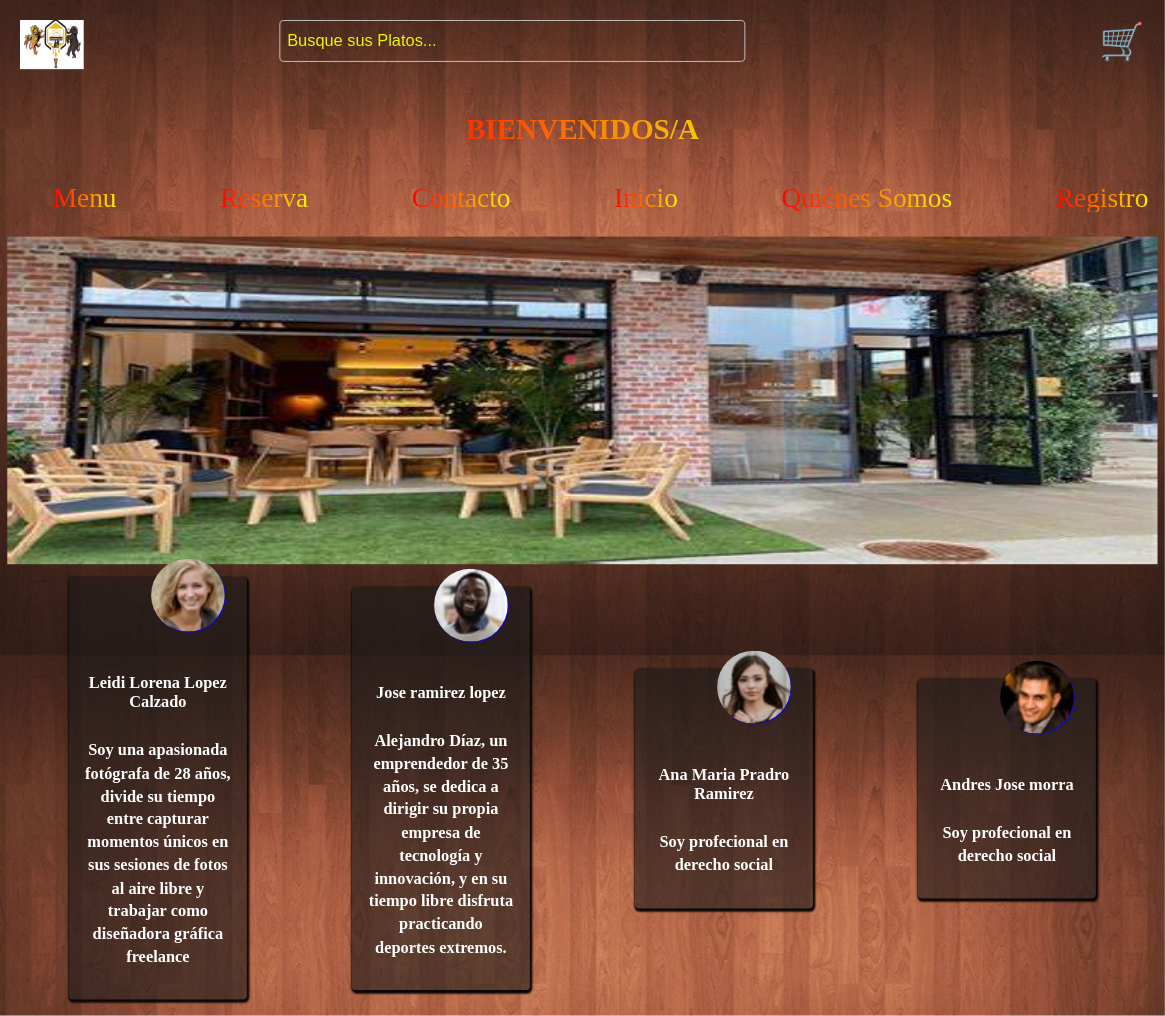
Repository: ye909/app_restaurante
Page: index.html
The author's editor kept a copy of each file at every save. The page is drawn from the files as they stood at one save, then again after the next save.
The browser window is 1280 px wide. The pictures show the whole page, at 91% of full size.
Backgrounds fixed to the window are drawn as part of the page.

Above is the page before, as saved 2025-01-12 07:28:49.
Console error: ReferenceError: menuItems is not defined

### index.html
<!DOCTYPE html>
<html lang="en">

<head>
  <meta charset="UTF-8">
  <meta name="viewport" content="width=device-width, initial-scale=1.0">
  <title>Document</title>
  <link rel="Icon" href="./public/imagen/letra.ico">
  <link rel="stylesheet" href="/css/menu_principal.css">
  <link rel="stylesheet" href="/css/footer.css">
  <link rel="stylesheet" href="/css/heder.css">
  <link rel="stylesheet" href="/css/modal_card.css">
  <link rel="stylesheet" href="/css/stilo.css">
  <link rel="stylesheet" href="/css/menu_navegacion.css">
  <link rel="stylesheet" href="/css/reservar.css">

</head>

<body>
  <header>
    <div class="container_header_card">
      <div class="imagen"><img src="/public/imagen/login.gif" alt=""></div>

      <input type="text" id="buscar" class="buscar" placeholder="Busque sus Platos...">
      <ul id="productList" class="productList"></ul>

      <div id="cart-btn" class="shopping">🛒</div>

  </header>



  <h1 class="bienvenida" id="bienvenida">BIENVENIDOS/A</h1>
  <nav>
    <ul>
      <li id="menu-btn"><a href="#">Menu</a></li>

      <li><a href="./maquetacion/templei/reserva.html" target="_self">Reserva</a></li>
      <li><a href="#contacto">Contacto</a></li>
      <li><a href="./public/templeis/login.html" target="_self">Inicio</a></li>
      <li><a href="#somos">Quiénes Somos</a></li>
      <li><a href="./public/templeis/registro.html" target="_self">Registro</a> </li>
    </ul>
  </nav>
 <img src="./public/imagen/rrstaurante1.jpg" alt="" class="imgRestaurante">

  <main id="menu-view" class="menu-view">
    <div class="filter-buttons">
      <button class="filter" data-region="Todos">Todos</button>
      <button class="filter" data-region="Latinoamérica">Latinoamérica</button>
      <button class="filter" data-region="Centroamérica">Centroamérica</button>
      <button class="filter" data-region="Suramérica">Suramérica</button>
    </div>
    <div id="menu-items" class="menu-items"></div>
    <div>
      <h1>aaas</h1>
    </div>
    <audio id="clickSound" src="./public/audio/mouse_btn3.mp3"></audio>
  </main>


  <main id="cart-view" class="cart-view">
    <h2 class="carro">Carrito de Compras</h2>
    <div id="cart-items" class="cart-items"></div>
    <div class="cart-total">
      <p>Total: <span id="cart-total">$0.00</span></p>
      <button id="back-to-menu">Volver al Menú</button>
      <button id="Domicilio"> <a href="./maquetacion/templei/domicilio.html"  target="_self">Domicilio</a></button>

    </div>
  </main>

  <div class="container_card_persona">

    <article class="container_persona">
      <img src="./public/imagen/mona.jpg" alt=""><br><br>
      <h3>Leidi Lorena Lopez Calzado</h3>
      <p>Soy una apasionada fotógrafa de 28 años,
         divide su tiempo entre capturar momentos
         únicos en sus sesiones de fotos al aire libre
         y trabajar como diseñadora gráfica freelance </p>
    </article>

    <article class="container_persona">
      <img src="./public/imagen/afro.jpg" alt=""><br><br>
      <h3>Jose ramirez lopez</h3>
      <p>Alejandro Díaz, un emprendedor de 35 años,
         se dedica a dirigir su propia empresa de
         tecnología y innovación, y en su tiempo libre
          disfruta practicando deportes extremos.
        </p>
    </article>


    <article class="container_persona">
      <img src="./public/imagen/indigena.jpg" alt=""><br><br>
      <h3>Ana Maria Pradro Ramirez</h3>
      <p>Soy profecional en derecho social</p>
    </article>

    <article class="container_persona">
      <img src="./public/imagen/mestizo.jpg" alt=""><br><br>
      <h3>Andres Jose morra</h3>
      <p>Soy profecional en derecho social</p>
    </article>


  </div>
  <!--
  <p class="text_invitacion"> Los envitamos a que descubra una explosión de sabores en cada bocado. <br>
    Tu próxima experiencia gastronómica inolvidable te espera.
  </p>
  <br> <br>

  <div class="quienes_somos" id="somos">
    <h1>Quiénes Somos</h1>
    <p>En <strong>Gostriafromix</strong>, somos un restaurante apasionado por la buena comida y el servicio de calidad.
      <br>
      Fundado con el propósito de ofrecer una experiencia gastronómica única, combinamos ingredientes frescos con
      recetas innovadoras para crear platos que deleitan el paladar. <br>
      Nuestro equipo está compuesto por chefs experimentados y personal dedicado que trabaja día a día para hacer que
      cada visita sea inolvidable.
    </p>
    <p>Nuestro objetivo es brindarte un ambiente acogedor donde puedas disfrutar de momentos especiales, ya sea con
      amigos, familiares o en una ocasión especial. Te invitamos a
      visitarnos y descubrir por qué somos el lugar preferido por los amantes de la buena comida.</p>
  </div>

  <footer>
    <div class="conataine_footer">
      <div>
        <h4>Servicio al ciudadano</h4>
        <p><span>L</span>ínea directa <br> <br> (601) 2773555</p>
        <p id="domicilio"><span>S</span>ervicios ha domicilio<br> <br>328866178 <br><br>Dirreccion calle 12# 43-23 sur
        </p>

      </div>

      <div>
        <h4>Lineas de atencion</h4>
        <p><span>E</span>n Bogotá, <br> desde fijo o celular, al <br><br>
          (601) 307 70 51 <br><br>
          01 8000 930100 <br><br>
          <span>D</span>esde celular marca <br><br>
          #961
        </p>
      </div>
      <div>
        <h4>Redes</h4>
        <div><a href=""><i class="fa-brands fa-facebook"> </i></a> Facebook</div>
        <div><a href=""><i class="fa-brands fa-twitter"></i></a>Twitter</div>
        <div><a href=""><i class="fa-brands fa-linkedin"></i> </a>Linkedin</div>
        <div><a href=""><i class="fa-brands fa-instagram"></i></a> Instagram</div>
      </div>
      <div>
        <h4 id="contacto">Contacto</h4>
        <p><span>D</span>irección Nacional<br><br>
          <span>C</span>arrera 85K No. 46A-66<br><br>
          <span>b</span>ogotá D.C., Colombia<br><br>
          <span>T</span>eléfono administrativo<br><br>
          (60)1 419 3000
        </p>
      </div>

      <div>
        <h4> Canales de atención</h4>
        <p><a href="#">Preguntas frecuentes</p></a><br>
        <p><a href="#">Escríbe tu PQRS</p></a><br>
        <p><a href="#">Nuestras sedes</p></a>
      </div>
    </div>
  </footer>
  <div class="container_final">2024 Bogota Colombia D.C</div> -->


  <script src="./js/script.js"></script>
  <script src="./js/productos.js"></script>
  <script src="./js/dinamico.js"></script>
</body>

</html>

### css/menu_principal.css
:scope{
    padding: 0%;
    margin: 0%;
    overflow: scroll;
}

html {
    scroll-behavior: smooth;
    background-image: url(../public/imagen/janos.jpg);
    background-repeat: no-repeat;
    background-size: cover;
    background-attachment: fixed;
    background-size: 100% 100%;
    height: auto;
  }
  .container_card_persona {
    display: flex;
    justify-content: space-around;
    align-items: center;
    flex-direction: row;
    flex-wrap: wrap;
    padding: 10px;
  }
  .container_persona {
    width: 14%;
    background: rgba(26, 25, 25, 0.6);
    border-radius: 4px;
    color: white;
    padding: 10px;
    height: auto;
    box-shadow: rgb(8, 8, 8) 1px 2px 2px 2px;
  }
  .container_persona img {
    object-fit: cover;
    width: 46%;
    margin-left: 80px;
    margin-top: -30px;
    border-radius: 80px;
    box-shadow: rgb(8, 4, 247) 1px 1px 1px;
  }
  .container_persona p,h3 {
    padding: 6px;
    font-size: 18px;
    text-align: center;
  }
/*






  h3 {
    text-align: center;
    color: yellow;
  }


  .quienes-somos {
    width: 100%;
    text-align: center;
    background: rgba(232, 232, 157, 0.4);
  }
  .quienes-somos p {
    font-size: 30px;
    line-height: 1.4;
  }

  .text_invitacion {
    font-size: 25px;
    line-height: 1.4;
    width: 99%;
    text-align: center;
    background: rgba(232, 232, 157, 0.2);
  }
   */

### css/footer.css
.conataine_footer {
  display: flex;
  justify-content: space-between;
  flex-direction: row;
  flex-wrap: wrap;
  margin: 10px;
}

p {

  padding: 5px;
  font-size: 20px;
  font-weight: bold;
}
span {
  font-size: 25px;
}
.quienes_somos {
  background:rgba(161, 161, 59, 0.5);
}
.quienes_somos p{
  text-align: center;
font-size: 25px;
}
:is(.container_final) {
  display: flex;
  justify-content: center;
  align-items: center;
}

h4 {
  color: blue;
  font-size: 30px;
}
:is(.container_final, h4, i) {
  padding: 10px;
}
.container_final {
  background: rgba(12, 12, 12, 0.2);
  color: white;
}
.fa-facebook {
  color: rgb(5, 5, 253);
}
.fa-twitter {
  color: rgb(8, 123, 245);
}
.fa-linkedin {
  color: rgb(71, 71, 155);
}
.fa-instagram {
  color: rgb(243, 17, 17);
}
a {
  cursor: pointer;

}
footer a {
  font-size: 20px;
  color: white;
}
footer {
  background: rgba(10, 10, 10, 0.6);
  color: white;
}

### css/heder.css
.container_header_card{
    display: flex;
    justify-content: space-between;
    justify-items: center;
    flex-direction: row;
    flex-wrap: wrap;
    padding: 14px;
    }

 .productList {
     list-style-type: none;
     padding: 0;
 }

 .productList li {
     padding: 10px;
     border-bottom: 1px solid #ccc;
 }

 .productList li:last-child {
     border-bottom: none;
 }

  .container_header_card img{
    width: 70px;
}
  .shopping{
    font-size: 40px;
cursor: pointer;
}
.buscar::placeholder{
    color:rgb(232, 248, 3);
    font-size: 18px;
}

.buscar {
    width: 40%;
    height: 3.9vh;
    background:transparent;
    color:white;
    font-size: 18px;
    border-radius: 5px;
    margin-left: 20px;
}
:is(.bienvenida,
 .buscar){
     padding: 8px;
 }
 .bienvenida{
    background-image:linear-gradient(to left, rgb(4, 151, 4), rgb(248, 244, 7),  red,rgb(14, 14, 240));
    -webkit-text-fill-color:transparent;
    -webkit-background-clip: text;
    background-clip: text;
    text-align: center;


}

### css/modal_card.css
t-items{
     display: none;
}
.card {
  width: 15%;
  height: 20vh;
  padding: 10px;
  background: rgba(0, 0, 0, 0.4);
  border-radius: 10px;
}
h1{
  text-align: center;
  padding: 10px;

}
.carro{
  color:yellow;
}
.card img {
  width: 100%;
  height: 150px;
  object-fit: cover;
  border-radius: 5px;
}
.cart-view,.menu-view{
  display: none;
}
.card button {
  margin-top: 10px;
  background-color: #007bff;
  color: white;
  border: none;
  padding: 10px;
  border-radius: 5px;
  cursor: pointer;
}

.card button:hover {
  background-color: #0056b3;
}

.cart-total {
  text-align: right;
  margin: 20px;
}


.cart-total{
  font-size: 20px;
  color:blue;
}
button {
  width: 270px;
  padding: 10px;

  margin: 10px;
  transition: background-color 0.3s ease, transform 0.2s ease;
  border-radius: 20px ;
  background: rgba(247, 247, 248, 0.568) ;
  color: blue;
  font-size: 20px;
}
button:hover {
  border: none;
  background: #0606f8fd;
  color: black;
  box-shadow: rgb(7, 71, 236) 2px 2px 2px, rgb(7, 71, 236) 2px 2px 2px,
    rgb(7, 71, 236) 2px 2px 2px, rgb(7, 71, 236) 2px 2px 2px;
}

### css/stilo.css


/*

    .filter-buttons {
      margin: 20px;
      text-align: center;
    }

    .filter {
      margin: 5px;
      padding: 10px 15px;
      background-color: #007bff;
      color: white;
      border: none;
      cursor: pointer;
      border-radius: 5px;
    }

    .filter:hover {
      background-color: #0056b3;
    }
    .menu-items,.cart-view{
      display: flex;
      justify-content: space-between;
      justify-content: center;
      flex-direction: row;
      flex-wrap: wrap;
      gap: 20px;
    }
     */

### css/menu_navegacion.css


ul{
display: flex;
justify-content: space-between;
text-align: center;
flex-direction: row;
flex-wrap: wrap;
}
li{
    font-size: 30px;
    list-style: none;
margin: 10px;

}
.imgRestaurante {
    width: 100%;
    height: 50vh;

  }
a{

    list-style: none;
    text-decoration: none;
    color: blue;
}
li:hover{
    transition: 1s ease , transform 1s ease;
    border-bottom: 2px solid yellow;


}
nav a{
    background-image:linear-gradient(to left, rgb(248, 244, 7),  red);
    -webkit-text-fill-color:transparent;
    -webkit-background-clip: text;
    background-clip: text;
    text-align: center;
}

### css/reservar.css

html {
    scroll-behavior: smooth;
    background-image: url(../public/imagen/fondo_card.jpg);
    background-repeat: no-repeat;
    background-size: cover;
    background-attachment: fixed;
    background-size: 100% 100%;
    height: auto;
  }
.container {
    max-width: 450px;
    margin: 100px 700px;
    background:rgba(14, 13, 13,0.3);
    box-shadow: rgb(7, 71, 236)  1px 1px 1px 2px,rgb(7, 71, 236) 1px  1px 1px 2px;
    padding: 20px;
    border-radius: 8px;

}
.form{
  padding: 10px;
  margin-left: 30px;
}
.title {
    text-align: center;
    font-size: 30px;
    margin-bottom: 20px;
  }

  .form-group {
    margin-bottom: 15px;
  }


  label {
    display: block;
    margin-bottom: 5px;
    font-weight: bold;
    font-size: 25px;
  }
  ::placeholder{
    font-size: 20px;
  }
  input:focus{

  outline: 1px solid #007BFF;
  background:transparent;
  color:white;
  }
  input, textarea {
    width: 80%;
    padding: 10px;
    border: 1px solid #ccc;
    border-radius: 4px;
  }
  #hora{
    width: 60%;
  }

  .inline-group {
    display: flex;
    gap: 15px;
  }

  .inline-group > div {
    flex: 1;
  }

  textarea {
    resize: vertical;
  }

.submit-button {
  width: 86%;
  padding: 10px;
  background-color: #007BFF;
  color: white;
  border: none;
  border-radius: 4px;
  font-size: 16px;
  cursor: pointer;
}

.submit-button:hover {
  background-color: #0056b3;
}

/*crear la animacion donde el mensaje salga de ariba asta el centro de la panta */

.container_modal_reserva{
  transition: 2s;
  max-width: 450px;
  margin: 100px 700px;
  background:rgba(14, 13, 13,0.3);
  box-shadow: rgb(7, 71, 236)  1px 1px 1px 2px,rgb(7, 71, 236) 1px  1px 1px 2px;
  padding: 20px;
  border-radius: 8px;
 opacity: 0;

}
h1 {
  color: #007bff;
  text-align: center;
}
p {
  line-height: 1.4;
  font-size: 24px;
}
.mensaje{
  text-align: center;
  font-weight: bolder;
}
.validar_nombre{
    font-size: 30px;
    color: white;
}

### js/script.js

  let cart = [];
  let selectedRegion = "Todos";

  const menuView = document.getElementById("menu-view");
  const cartView = document.getElementById("cart-view");
  const menuItemsContainer = document.getElementById("menu-items");
  const cartItemsContainer = document.getElementById("cart-items");
  const cartTotal = document.getElementById("cart-total");

  document.querySelectorAll(".filter").forEach(button => {
    button.addEventListener("click", () => {
      selectedRegion = button.getAttribute("data-region");
      renderMenu();
    });
  });

  document.getElementById("menu-btn").addEventListener("click", () => {
    menuView.style.display = "block";
    cartView.style.display = "none";
  });

  document.getElementById("cart-btn").addEventListener("click", () => {
    menuView.style.display = "none";
    cartView.style.display = "block";
    renderCart();
  });

  document.getElementById("back-to-menu").addEventListener("click", () => {
    menuView.style.display = "block";
    cartView.style.display = "none";
  });

  function renderMenu() {
    menuItemsContainer.innerHTML = "";
    const filteredItems = selectedRegion === "Todos" ? menuItems : menuItems.filter(item => item.region === selectedRegion);
    filteredItems.forEach(item => {
      const card = document.createElement("div");
      card.className = "card";
      card.innerHTML = `
        <img src="${item.image}" alt="${item.name}">
        <h3>${item.name}</h3>
        <p>${item.description}</p>
        <p><strong>$${item.price.toFixed(2)}</strong></p>
        <button onclick="addToCart(${item.id})">Agregar</button>
      `;
      menuItemsContainer.appendChild(card);
    });
  }

  function renderCart() {
    cartItemsContainer.innerHTML = "";
    cart.forEach(item => {
      const cartItem = document.createElement("div");
      cartItem.className = "card";
      cartItem.innerHTML = `
        <h3>${item.name}</h3>
        <p>Cantidad: ${item.quantity}</p>
        <p><strong>$${(item.price * item.quantity).toFixed(2)}</strong></p>
      `;
      cartItemsContainer.appendChild(cartItem);
    });
    const total = cart.reduce((sum, item) => sum + item.price * item.quantity, 0);
    cartTotal.textContent = `$${total.toFixed(2)}`;
  }

  function addToCart(id) {
    const item = menuItems.find(item => item.id === id);
    const cartItem = cart.find(item => item.id === id);
    if (cartItem) {
      cartItem.quantity++;
    } else {
      cart.push({ ...item, quantity: 1 });
    }
  }

  renderMenu();

### js/productos.js
const menuItems = [
  { id: 1, name: "Tacos al Pastor", description: "Delicious tacos", price: 12.99, image: "https://via.placeholder.com/150", region: "Latinoamérica" },
  { id: 2, name: "Pupusas", description: "Thick griddle cakes", price: 9.99, image: "https://via.placeholder.com/150", region: "Centroamérica" },
  { id: 3, name: "Ceviche", description: "Fresh seafood", price: 15.99, image: "https://via.placeholder.com/150", region: "Suramérica" },
];


// const menuItems = [

//     {
//       id:1,
//       nombre: "Bebida caliente",
//       img: "./public/imagen/bebidas_calientes1.PNG",
//       precio: 20000,
//       descripcion1: "hecho en los mejores lugares de paris",
//       cantidad: 1,
//     },

//     {
//       id:4,
//     precio:10000,
//     nombre:"carne",
//     img:"./public/imagen/mexica1.jpg",
//       descripcion:"Los tacos son uno de los mida "
//     , descripcion1:"tanos"
//     },
//     {
//       id:5,
//       precio:100,
//       nombre:"Sancocho",
//       img:"./public/imagen/sancocho.webp",
//         descripcion:"ya no kkkkk",
//          descripcion1:"plato de casula"
//     },
//     {
//       id:6,
//       precio:30000,
//     nombre:"Lechona",
//     img:"./public/imagen/mexica2.jpg",
//       descripcion:"La lechona es un plato típico de la "
//      ,descripcion1:"plátanos rellenos"
//     },
//     {
//       id:7,
//     precio:90000,
//     nombre:"Postre",
//     img:"./public/imagen/postre2.PNG",
//       descripcion:"ya nhhjshhshao ",
//        descripcion1:"Sabor y dulsura en el plato"
//     },
//     {
//       id:8,
//     precio:10000,
//     nombre:"Coltel",
//     img:"./public/imagen/coltel.webp",
//       descripcion:"Los tacos son uno de comida "
//     , descripcion1:"tanos"
//     },

//     {
//       id:10,
//       precio:30000,
//     nombre:"Cerveza",
//     img:"./public/imagen/cervezas.webp",
//       descripcion:"La lechona es un conoce como "
//      ,descripcion1:"plátanos rellenos"
//     },
//     {
//       id:9,
//       precio:100,
//       nombre:"plátanos rellenos",
//       img:"./public/imagen/platano.PNG",
//         descripcion:"ya no kkkkk",
//          descripcion1:"Rellenos de bocadillo y queso"
//     },
//     {
//       id:10,
//       precio:30000,
//     nombre:"Jugos",
//     img:"./public/imagen/JUGOS_NATURALES.jpg",
//       descripcion:"La lechona es unente se conoce como "
//      ,descripcion1:"plátanos rellenos"
//     },
//     {
//       id:11,
//     precio:90000,
//     nombre:"Arrozanas",
//     img:"./public/imagen/mexico6.jpg",
//       descripcion:"ya nhhjshhshao ",
//        descripcion1:"plátanos rellenos"
//     },
//     {
//     id:11,
//     precio:90000,
//     nombre:"Licor",
//     img:"./public/imagen/licores.webp",
//       descripcion:"ya nhhjshhshao ",
//        descripcion1:"plátanos rellenos"
//     }
//     //    contenido:"ya no"
//   ];

### js/dinamico.js


const menuview = document.getElementById("menu-view")
const menu_principal=document.getElementById("menu_principal").addEventListener("click",ver_menu)

// texto de bienvenida

setTimeout(()=>{
    const bienvenida = document.getElementById("bienvenida").remove()
    bienvenida.style.transition=" background-color 0.3s ease, transform 0.7s ease; "
},3000)


// audio de los botones
const playSound = function () {
    var audio = document.getElementById("clickSound");
    audio.play();
  }





// // Ejemplo de notificación (opcional)
// document.getElementById('btnboton_agregar').addEventListener('click', () => {
//     if (Notification.permission === 'granted') {
//         new Notification('¡Hola desde tu PWA!');
//     } else if (Notification.permission !== 'denied') {
//         Notification.requestPermission().then((permission) => {
//             if (permission === 'granted') {
//                 new Notification('¡Hola desde tu PWA!');
//             }
//         });
//     }
// });

After the next save:
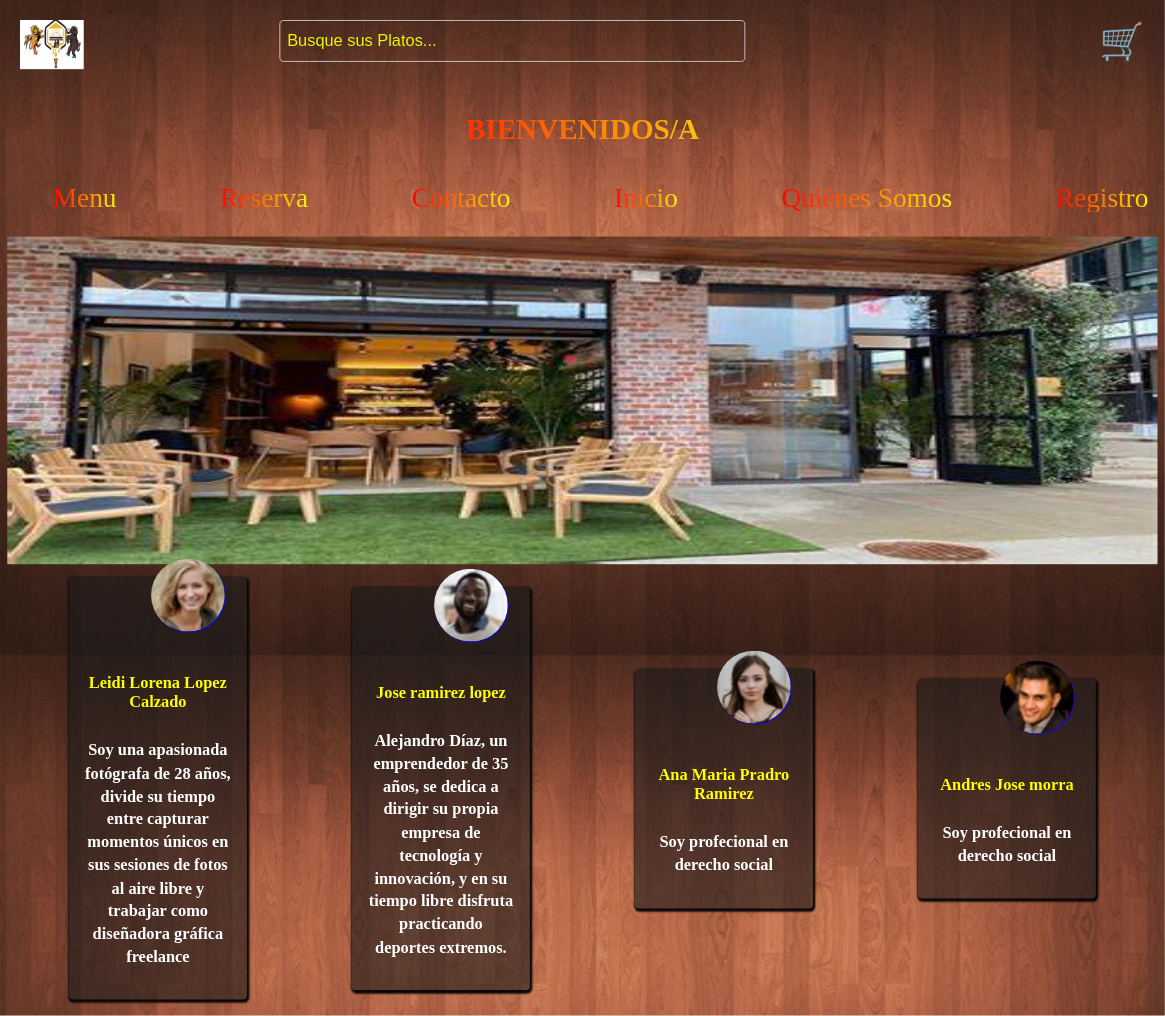
Saved 45 s later.
--- a/css/menu_principal.css
+++ b/css/menu_principal.css
@@ -43,6 +43,10 @@ html {
     font-size: 18px;
     text-align: center;
   }
+  h3 {
+
+    color: yellow;
+  }
 /*
 
 
@@ -50,10 +54,7 @@ html {
 
 
 
-  h3 {
-    text-align: center;
-    color: yellow;
-  }
+
 
 
   .quienes-somos {
